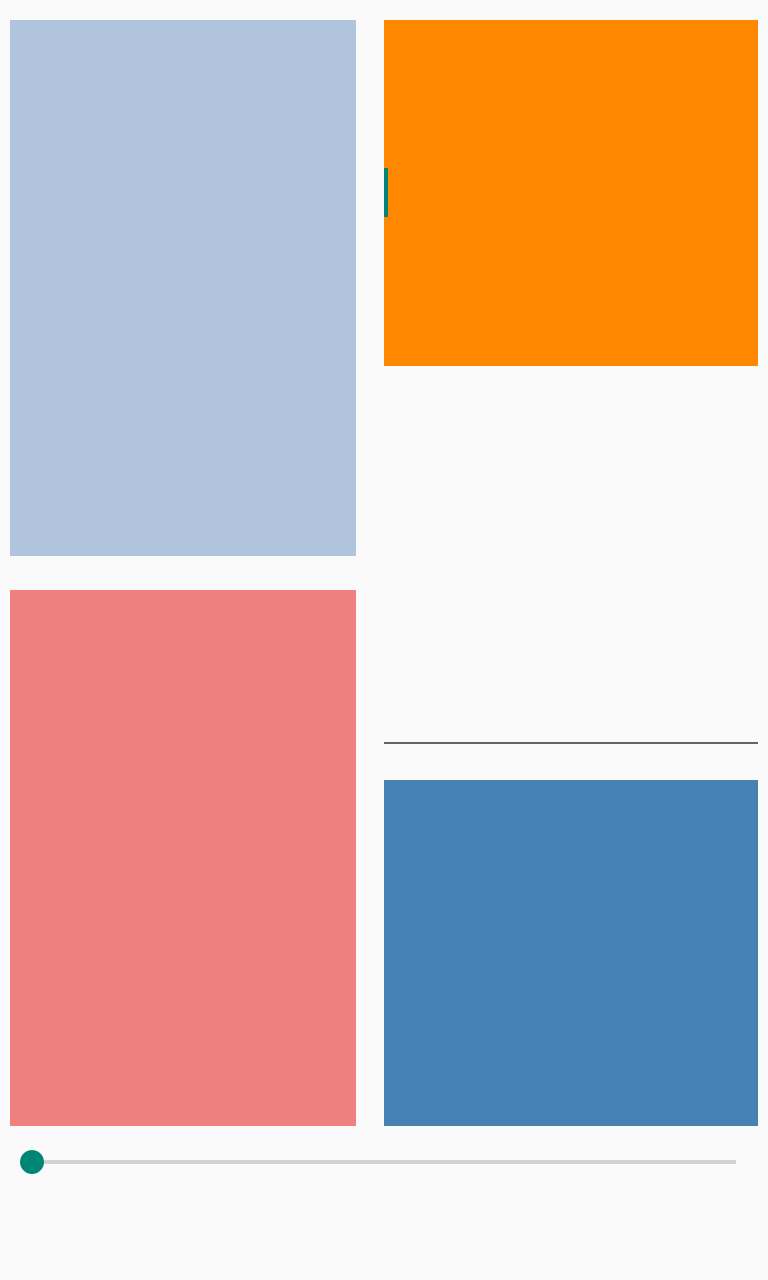
Repository: Damabiah0/public
Layout: androids/intentLab/ModerArtUI/res/layout/activity_master.xml
These files come from the project's save history. The layout is drawn as it stood at one moment and after the next save; the edit follows.
It is drawn on a 768 x 1280 px phone screen (xhdpi) without system bars, with theme AppTheme; the app's code is not run.

Above is the layout before, as saved 2015-05-31 15:20:18.

After the next save:
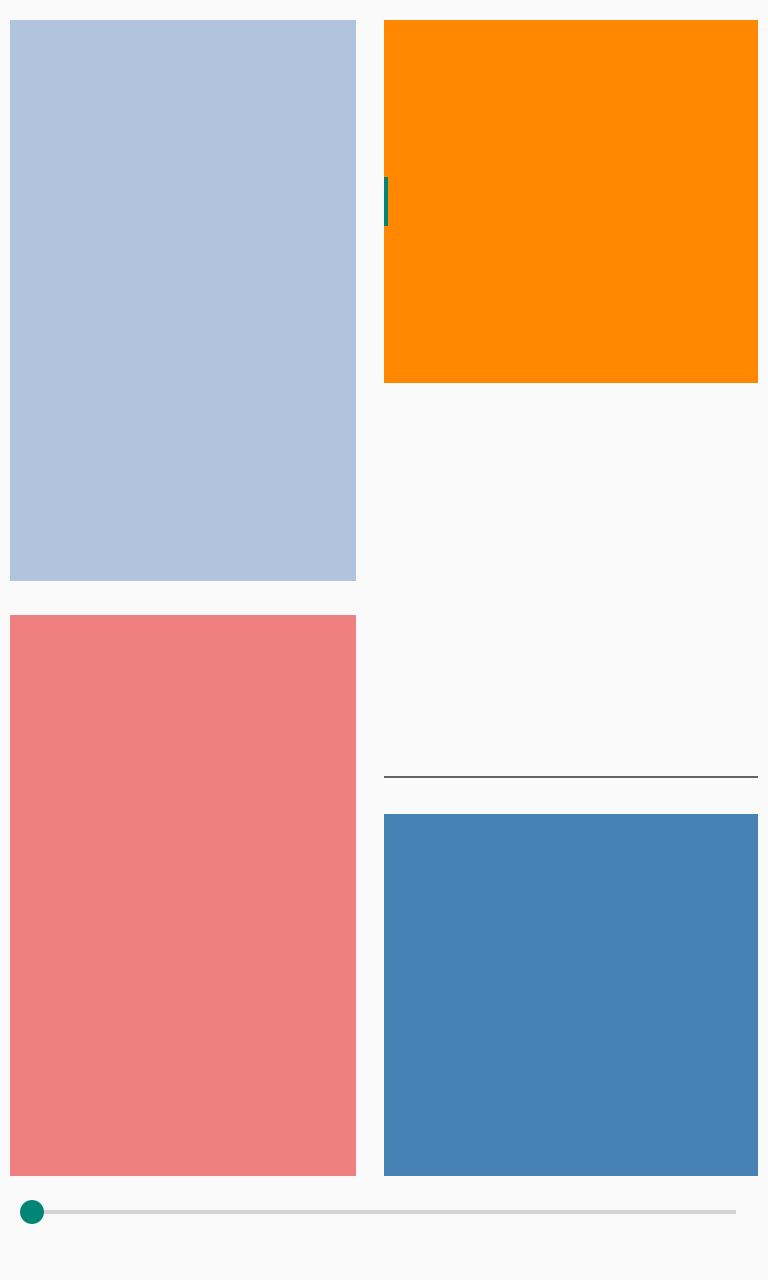
Saved 22 s later.
--- a/androids/intentLab/ModerArtUI/res/layout/activity_master.xml
+++ b/androids/intentLab/ModerArtUI/res/layout/activity_master.xml
@@ -9,7 +9,7 @@
     <TableRow
         android:layout_width="fill_parent"
         android:layout_height="fill_parent"
-        android:layout_weight="9" >
+        android:layout_weight="19" >
 
         <LinearLayout
             android:id="@+id/LinearLayout0"
